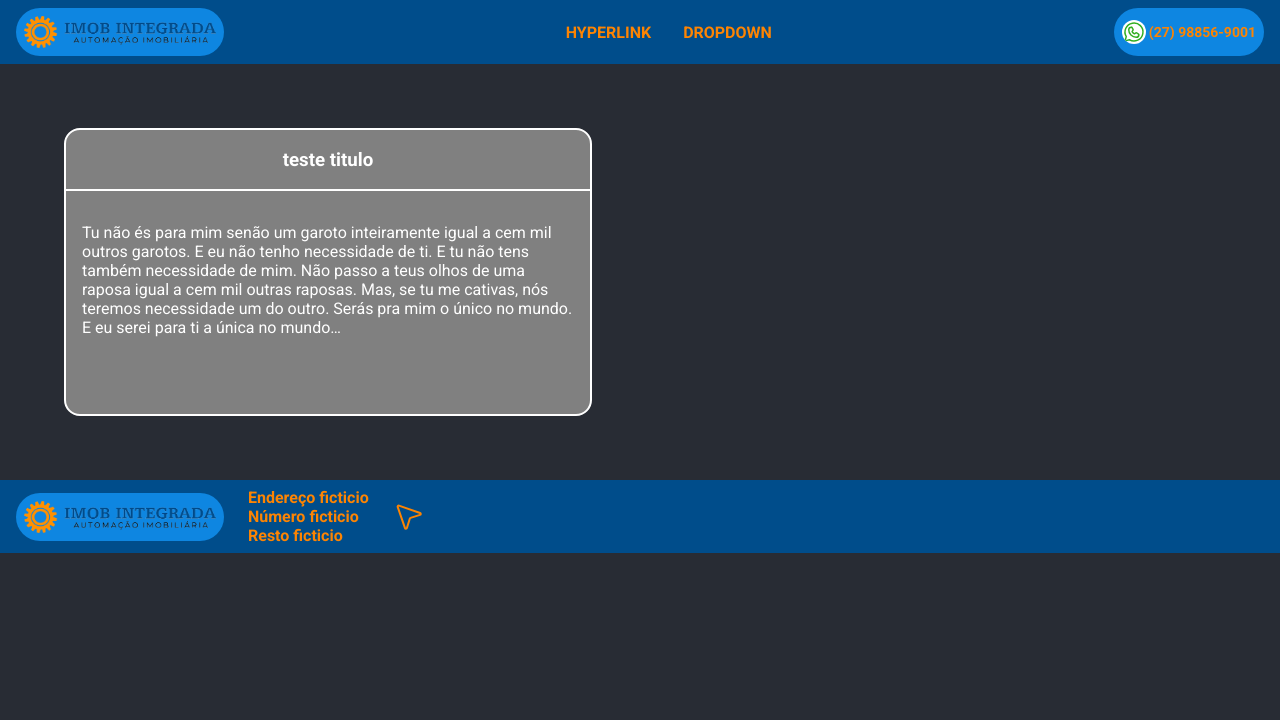
Repository: K0slov/testeAPI
Page: /
These files come from the project's save history. The page is drawn as it stood at one moment and after the next save; the edit follows.
The browser window is 1280 px wide. The pictures show the whole page.
The project was rebuilt for these pictures with package versions that can differ from the ones it lists, and the page was loaded fresh each time. Also part of the build but not shown: vite.config.ts.

Above is the page before, as saved 2022-06-27 18:41:54.

### index.html
<!DOCTYPE html>
<html lang="en">
  <head>
    <meta charset="UTF-8" />
    <link rel="icon" type="image/svg+xml" href="/src/favicon.svg" />
    <meta name="viewport" content="width=device-width, initial-scale=1.0" />
    <link rel="preconnect" href="https://fonts.googleapis.com" />
    <link rel="preconnect" href="https://fonts.gstatic.com" crossorigin />
    <link href="https://fonts.googleapis.com/css2?family=Roboto:wght@400;500;700&display=swap" rel="stylesheet" />
    <title>Teste Imob</title>
  </head>
  <body>
    <div id="root"></div>
    <script type="module" src="/src/main.tsx"></script>
  </body>
</html>

### src/App.tsx
import { Card } from "./components/Card/card"
import { Footer } from "./components/Footer/footer"
import { Header } from "./components/Header/header"


function App() {
  return (
    <>
      <Header />
      <Card />
      <Footer />
    </>
  )
}

export default App

### src/styles/global.css
body {
  height: 100%;
  margin: 0;
  font-family: 'Roboto', sans-serif;
  -webkit-font-smoothing: antialiased;
  -moz-osx-font-smoothing: grayscale;
  background-color: #282c34;
  color: white;
}
code {
  font-family: source-code-pro, Menlo, Monaco, Consolas, 'Courier New',
    monospace;
}

### src/components/Card/card.tsx
import './style.modeule.css'

export function Card() {
    return (
        <div className="card">
            <div className='titulo'>
                <h3>teste titulo</h3>
            </div>
            <div className='conteudo'>
                <p>Tu não és para mim senão um garoto inteiramente igual a cem mil outros garotos. E eu não tenho necessidade de ti. E tu não tens também necessidade de mim. Não passo a teus olhos de uma raposa igual a cem mil outras raposas. Mas, se tu me cativas, nós teremos necessidade um do outro. Serás pra mim o único no mundo. E eu serei para ti a única no mundo…</p>
            </div>
        </div>
    )
}

### src/components/Footer/footer.tsx
import './style.modeule.css'
import image from '../../assets/logoLaranja.png'
import { NavigationArrow } from 'phosphor-react'

export function Footer() {
    return (
        <footer>
            <img src={image} />
            <a href='' target='_blank'>
                <div className='adress'>
                    <span>Endereço ficticio</span>
                    <span>Número ficticio</span>
                    <span>Resto ficticio</span>
                </div>
                <NavigationArrow size={32} />
            </a>
        </footer>
    )
}

### src/components/Header/header.tsx
import './style.modeule.css'
import image from '../../assets/logoLaranja.png'
import { WhatsappLogo } from "phosphor-react";

export function Header() {
    return(
        <header>
            <img src={image} />

            <nav className="menu">
                <a className="menu-item" href=" ">HYPERLINK</a>
                <a className="menu-item" href=" ">DROPDOWN</a>
            </nav>

            <a className="wppLink" href="">
                <div className="wpp">
                    <WhatsappLogo className="icon" size={24} color="#34af23" />
                    <p className="number">(27) 98856-9001</p>
                </div>
            </a>
        </header>
    )
}

### src/components/Card/style.modeule.css
.card {
    width: 33rem;
    height: 18rem;
    display: flex;
    border: 2px solid;
    border-radius: 1rem;
    border-color: white;
    flex-direction: column;
    background-color: gray;
    align-items: center;
    margin: 4rem;
    box-sizing: border-box;
}
.titulo {
    border-bottom: 2px solid;
    border-color: white;
    display: flex;
    width: 100%;
    height: auto;
    box-sizing: border-box;
    align-items: center;
    justify-content: center;
}
.conteudo {
    padding: 1rem;
    display: flex;
    width: 100%;
    height: auto;
    box-sizing: border-box;
    align-items: center;
    justify-content: center;
}

### src/components/Footer/style.modeule.css
footer {
    width: 100%;
    padding: 0.5rem 1rem;
    background-color: #004d8b;
    display: flex;
    align-items: center;
    color: #fd8402;
    position: fixed;
}
img {
    width: 12rem;
    height: 2rem;
    background: #0e86e1;
    border-radius: 5rem;
    padding: 0.5rem;
}
.adress {
    display: flex;
    flex-direction: column;
    margin: 0rem 1.5rem;
}
a {
    text-decoration: none;
    color: #fd8402;
    font-weight: bold;
    display: flex;
    align-items: center;
    justify-content: flex-start;
}

### src/components/Header/style.modeule.css
header{
    padding: 0.5rem 1rem;
    background-color: #004d8b;
    display: flex;
    align-items: center;
    color: #fd8402;
    justify-content: space-between;
}
img{
    width: 12rem;
    height: 2rem;
    background: #0e86e1;
    border-radius: 5rem;
    padding: 0.5rem;
}
.wpp {
    width: auto;
    height: 2rem;
    display: flex;
    flex-direction: row;
    background: #0e86e1;
    border-radius: 5rem;
    padding: 0.5rem;
    align-items: center;
    justify-content: flex-start;
}
.number {
    margin-left: 0.2rem;
    font-size: 14px;
}
.wppLink {
    text-decoration: none;
    color: #fd8402;
    font-weight: bold;
}
.wppLink:hover {
    color: #0e86e1;
    transition-duration: 150ms;
}
.wpp:hover {
    background: #fd8402;
    transition-duration: 150ms;
}
.menu {
    display: flex;
    justify-content: space-between;
}

.menu-item {
    margin: 0rem 1rem;
    color: #fd8402;
    text-decoration: none;
}
.menu-item:hover {
    opacity: 40%;
}
.icon {
    background: white;
    border-radius: 50%;
}

Loaded but not shown: src/main.tsx (common file)

After the next save:
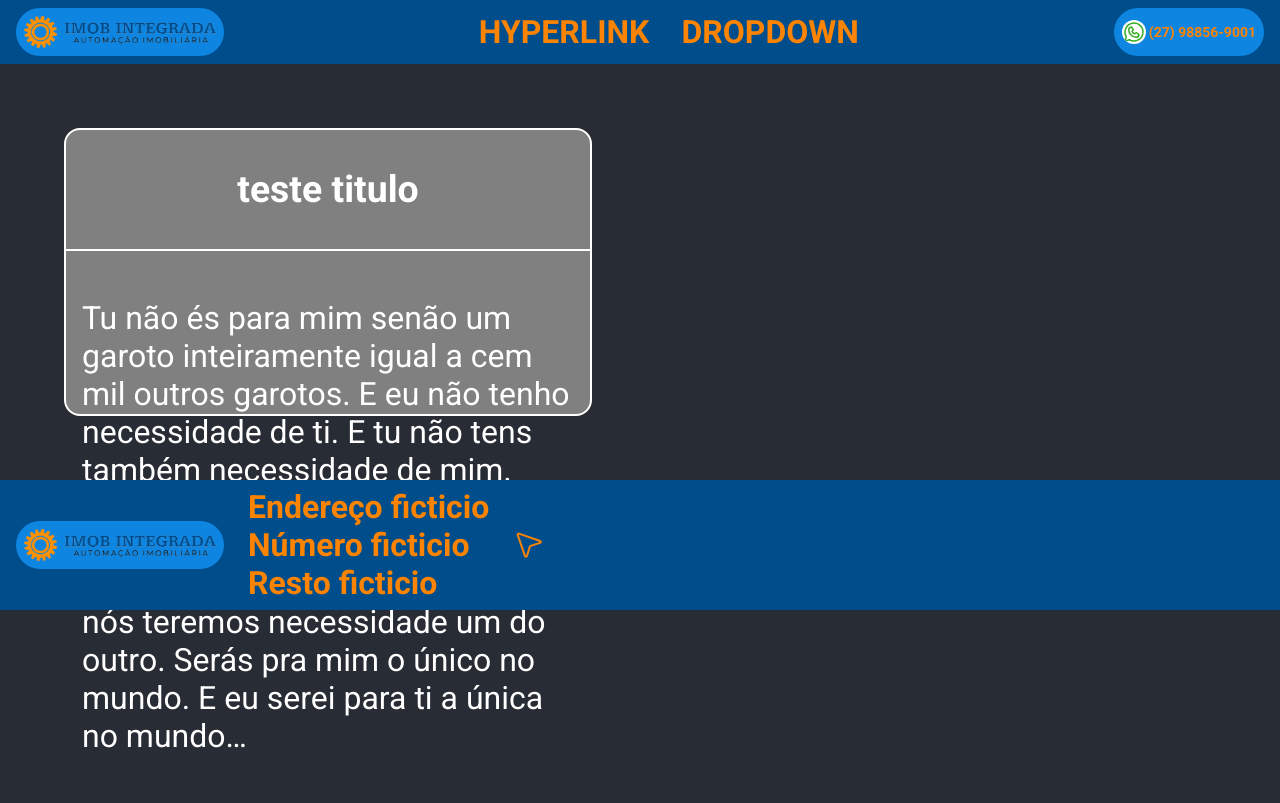
Saved 3 min 2 s later.
--- a/src/styles/global.css
+++ b/src/styles/global.css
@@ -2,6 +2,7 @@
   height: 100%;
   margin: 0;
   font-family: 'Roboto', sans-serif;
+  font-size: 32px;
   -webkit-font-smoothing: antialiased;
   -moz-osx-font-smoothing: grayscale;
   background-color: #282c34;

After the save that followed:
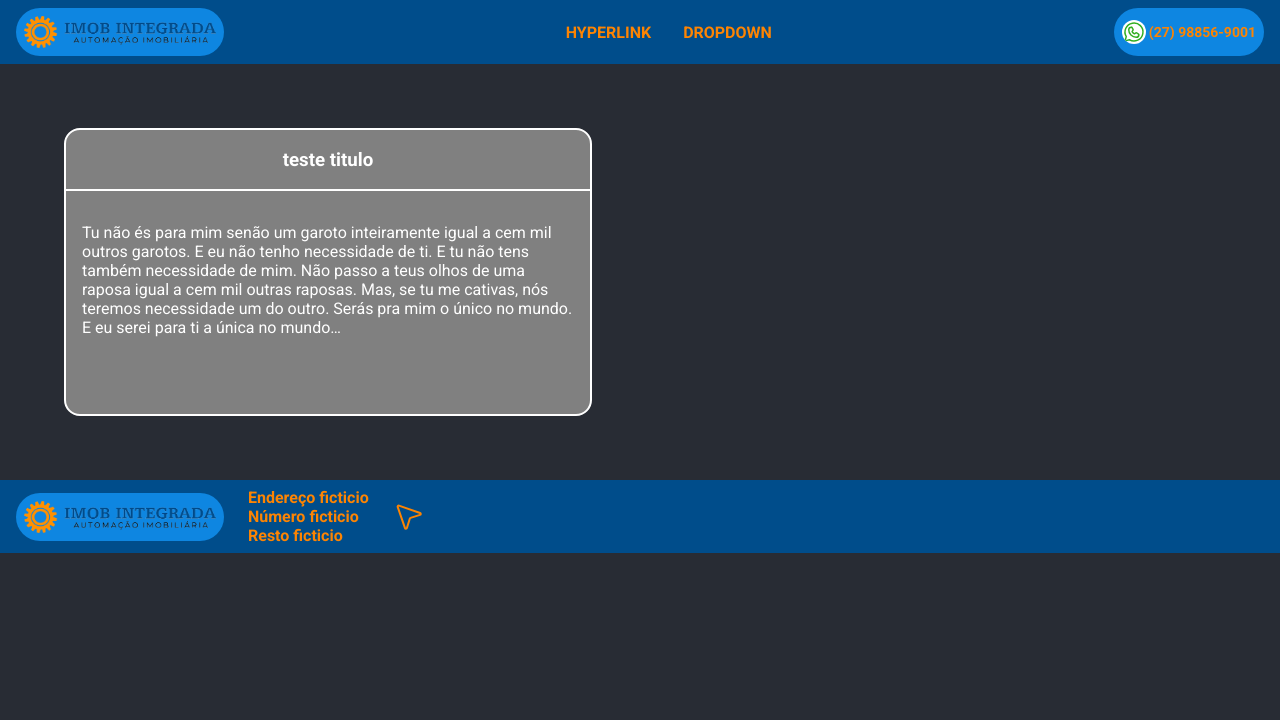
Saved 6 s later.
--- a/src/styles/global.css
+++ b/src/styles/global.css
@@ -2,7 +2,7 @@
   height: 100%;
   margin: 0;
   font-family: 'Roboto', sans-serif;
-  font-size: 32px;
+  font-size: 16px;
   -webkit-font-smoothing: antialiased;
   -moz-osx-font-smoothing: grayscale;
   background-color: #282c34;
